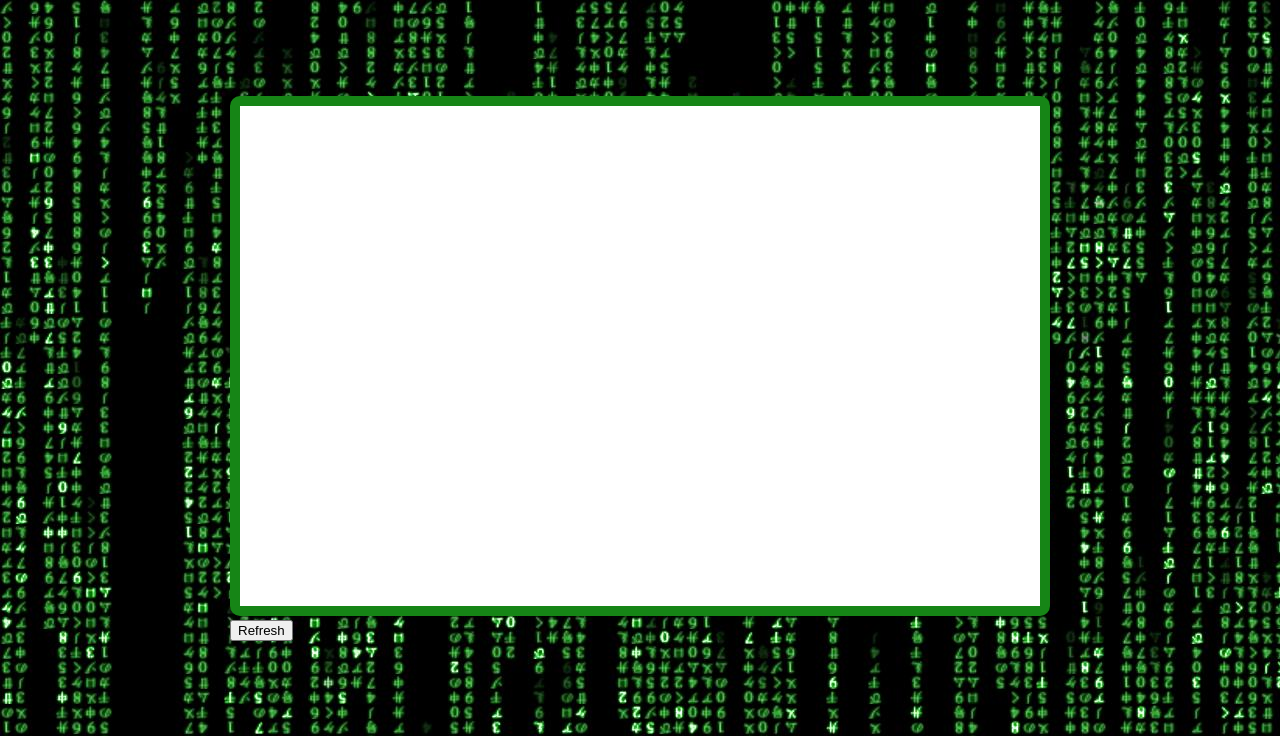
Repository: spidero7/Sketch-Canva
Page: index.html
The author's editor kept a copy of each file at every save. The page is drawn from the files as they stood at one save, then again after a run of saves.
The browser window is 1280 px wide. The pictures show the whole page.
After loading, the first visible `button.refresh-btn` was clicked once.

Above is the page before, as saved 2021-09-05 12:00:41.

### index.html
<!DOCTYPE html>
<html lang="en">
<head>
    <meta charset="UTF-8">
    <meta http-equiv="X-UA-Compatible" content="IE=edge">
    <meta name="viewport" content="width=device-width, initial-scale=1.0">
    <title>Document</title>
    <link rel="stylesheet" href="style.css">
</head>
<body>
    <div class="canvasWrap">
        <canvas width="1600" height="1000" id="etch-a-sketch"></canvas>
        <div class="buttons">
            <button class="refresh-btn">Refresh</button>
        </div>
    </div>
    <script src="script.js"></script>
</body>
</html>

### style.css
body {
    min-height: 100vh;
    display: grid;
    align-items: center;
    justify-items: center;
    background: url(matrix.jpg)
}

canvas {
    border: solid 10px rgb(22, 133, 22);
    width: 80%;
    height: 500px;
    width: 800px;
    border-radius: 10px;
    background-color: white;
}

canvas.shake {
    animation: shake 0.5s linear 1;
}

@keyframes shake {
    10%,
    90% {
      transform: translate3d(-1px, 0, 0);
    }

    20%,
    80% {
      transform: translate3d(2px, 0, 0);
    }

    30%,
    50%,
    70% {
      transform: translate3d(-4px, 0, 0);
    }

    40%,
    60% {
      transform: translate3d(4px, 0, 0);
    }
  }

### script.js
// Select elements on the page - canvas, shake button
const shakeButton = document.querySelector('.refresh-btn');
const canvas = document.querySelector('#etch-a-sketch');
const ctx = canvas.getContext('2d');
const MOVE_AMOUNT = 50;

// Setup our canvas for drawing
// Make a variable called height and width from the saome properties on our canvas
const { width, height } = canvas;

// Create random x and y starting points on the canvas
let x = Math.floor(Math.random() * width);
let y = Math.floor(Math.random() * height);

ctx.lineJoin = 'round';
ctx.lineCap = 'round';
ctx.lineWidth = MOVE_AMOUNT;

let hue = 0;

ctx.strokeStyle = `hsl(${hue}, 100%, 50%)`;
ctx.beginPath(); // start the drawing
ctx.moveTo(x, y);
ctx.lineTo(x, y);
ctx.stroke();

// Write a draw function
function draw({ key }) {
    // increment the hue
    hue += 5;
    ctx.strokeStyle = `hsl(${hue}, 100%, 50%)`;
    console.log(key);
    // start the pat
    ctx.beginPath()
    ctx.moveTo(x, y)
    // move our x and y values depending on what the user did
    switch (key) {
        case 'ArrowUp':
            y -= MOVE_AMOUNT;
            break;
        case 'ArrowDown':
            y += MOVE_AMOUNT;
            break;
        case 'ArrowLeft':
            x -= MOVE_AMOUNT;
            break;
        case 'ArrowRight':
            x += MOVE_AMOUNT;
            break;
            default:
                break;
    }
    ctx.lineTo(x, y);
    ctx.stroke();
}

// Write a handler for the keys
function handleKey(e) {
    if (e.key.includes('Arrow')) {
        e.preventDefault();
        draw({ key: e.key});
    }
}

// Clean/refresh function
function clearCanvas() {
    canvas.classList.add('shake');
    ctx.clearRect(0, 0, width, height);
    canvas.addEventListener('animationend', function(){
        console.log("Done the shake!")
        canvas.classList.remove('shake');
    }, { once: true});
}

// Listen for arrow keys
window.addEventListener('keydown', handleKey);
shakeButton.addEventListener('click', clearCanvas);

After the next 4 saves:
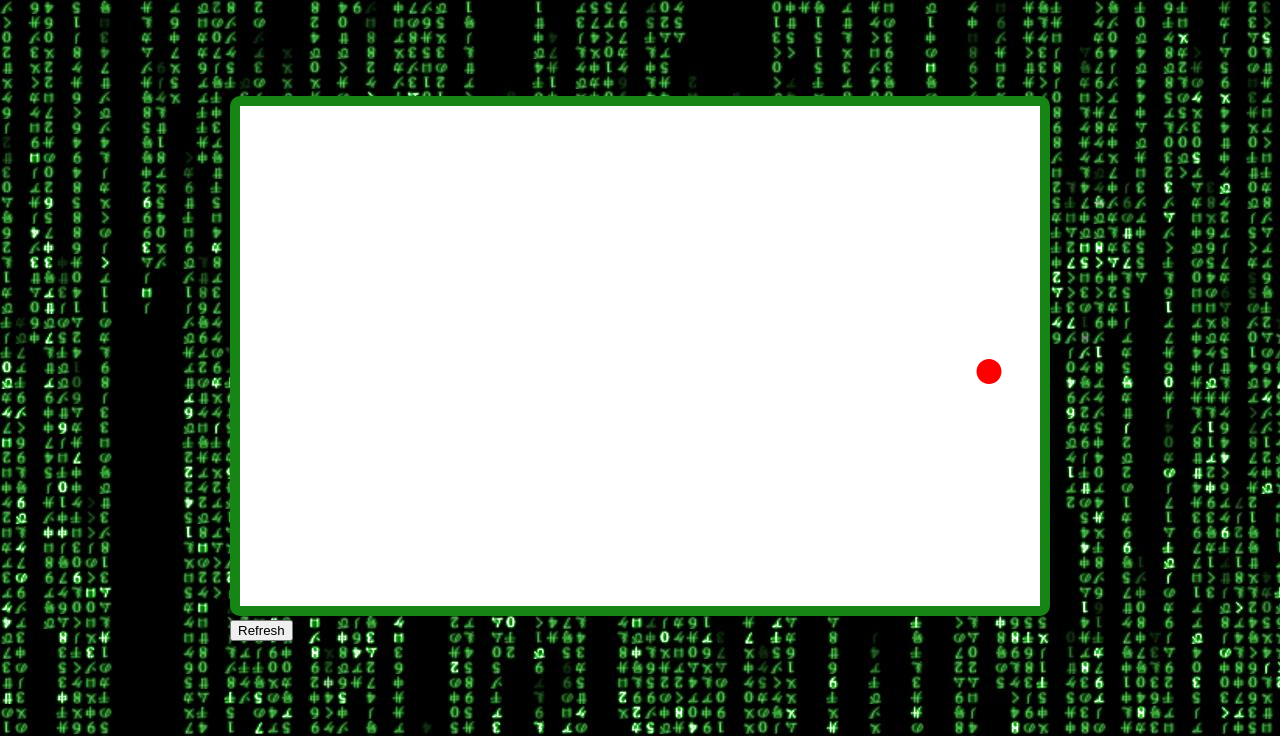
The 4 saves are shown as one change because they came seconds apart.
The last was saved 57 s later.
--- a/script.js
+++ b/script.js
@@ -66,6 +66,10 @@
 function clearCanvas() {
     canvas.classList.add('shake');
     ctx.clearRect(0, 0, width, height);
+    ctx.beginPath(); // start the drawing
+    ctx.moveTo(x, y);
+    ctx.lineTo(x, y);
+    ctx.stroke();
     canvas.addEventListener('animationend', function(){
         console.log("Done the shake!")
         canvas.classList.remove('shake');

After the 4 saves that followed:
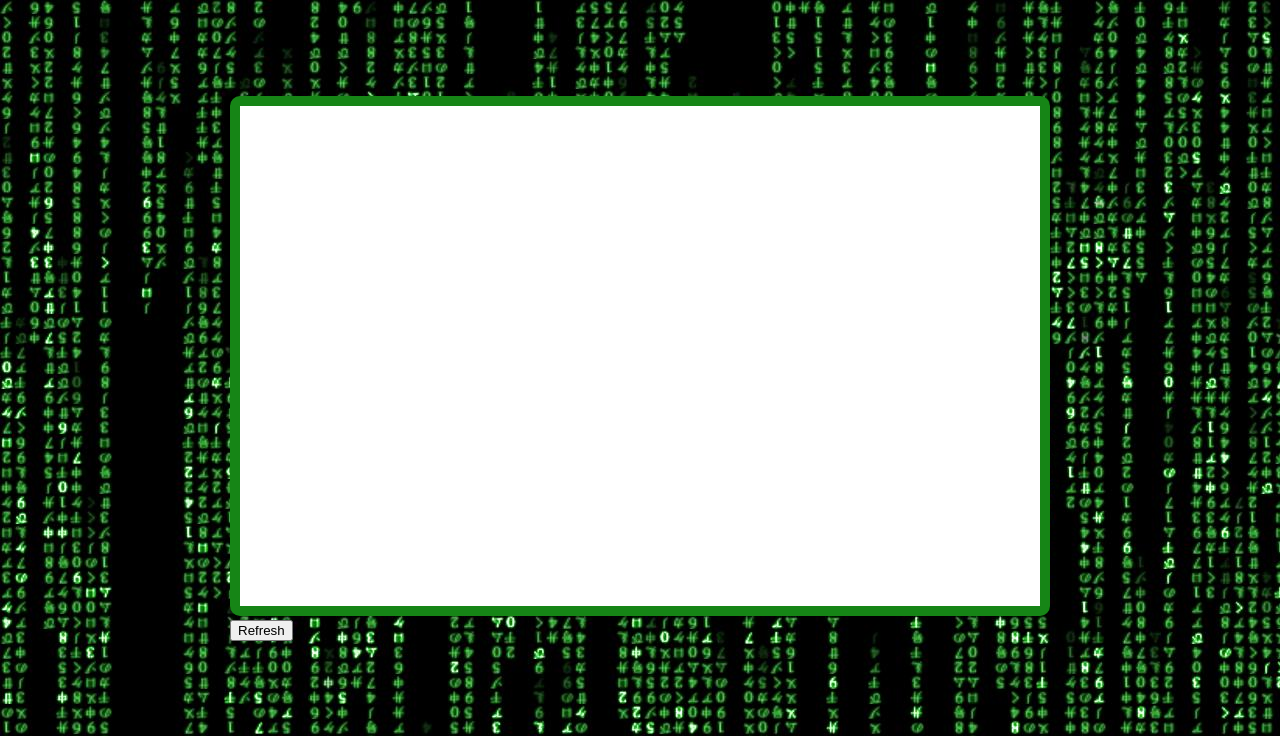
The 4 saves are shown as one change because they came seconds apart.
The last was saved 5 min 16 s later.
--- a/script.js
+++ b/script.js
@@ -65,11 +65,11 @@
 // Clean/refresh function
 function clearCanvas() {
     canvas.classList.add('shake');
-    ctx.clearRect(0, 0, width, height);
-    ctx.beginPath(); // start the drawing
+    ctx.beginPath();
     ctx.moveTo(x, y);
     ctx.lineTo(x, y);
     ctx.stroke();
+    ctx.clearRect(0, 0, width, height);
     canvas.addEventListener('animationend', function(){
         console.log("Done the shake!")
         canvas.classList.remove('shake');
